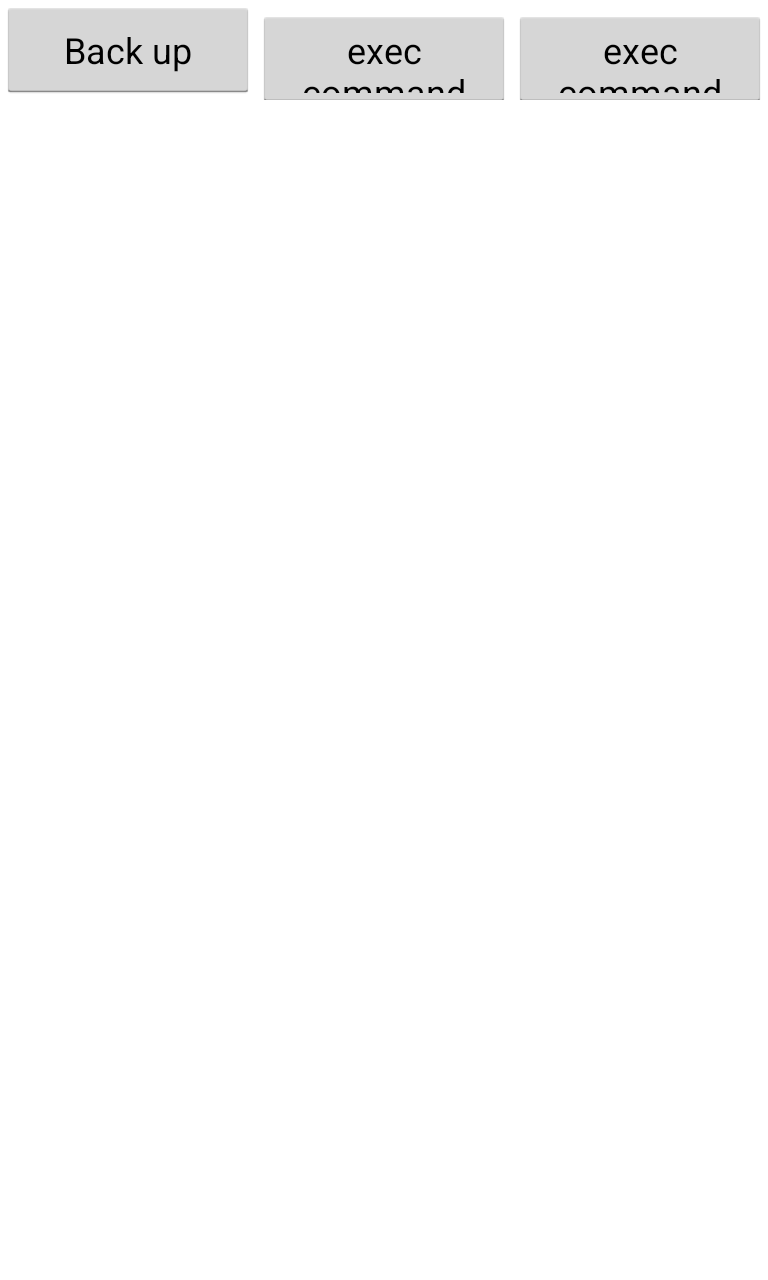
Repository: zzttt/LVM_BackupSol
Layout: TimeTraveler/res/layout/activity_main.xml
An editor plug-in stored every save of this project. The layout is shown before and after the next save, followed by the edit.
It is drawn on a 768 x 1280 px phone screen (xhdpi) without system bars, with theme AppTheme; the app's code is not run. Lists and similar views that code fills are empty.

Above is the layout before, as saved 2014-07-01 23:29:51.

After the next save:
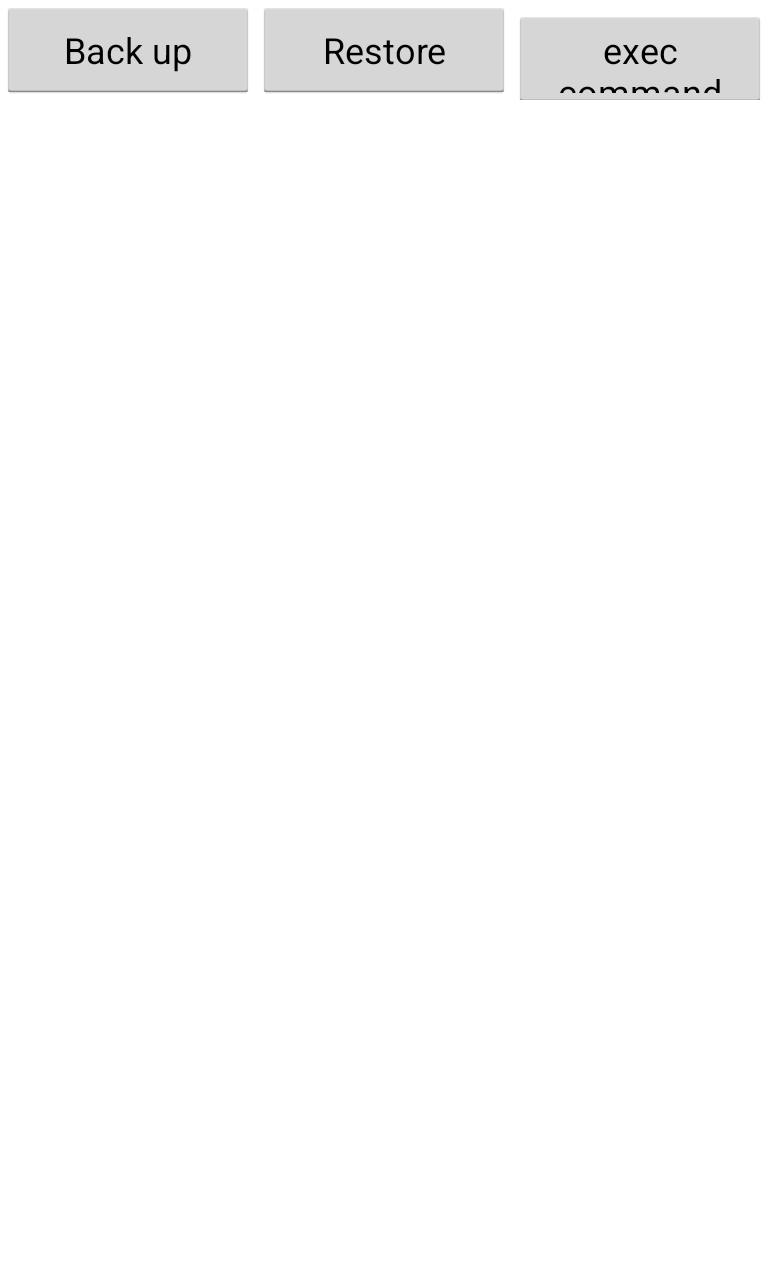
Saved 8 s later.
--- a/TimeTraveler/res/layout/activity_main.xml
+++ b/TimeTraveler/res/layout/activity_main.xml
@@ -23,7 +23,7 @@
             android:layout_width="0dip"
             android:layout_weight="1"
             android:layout_height="50dip"
-            android:text="exec command" />
+            android:text="Restore" />
 
         <Button
             android:id="@+id/btn_three"
